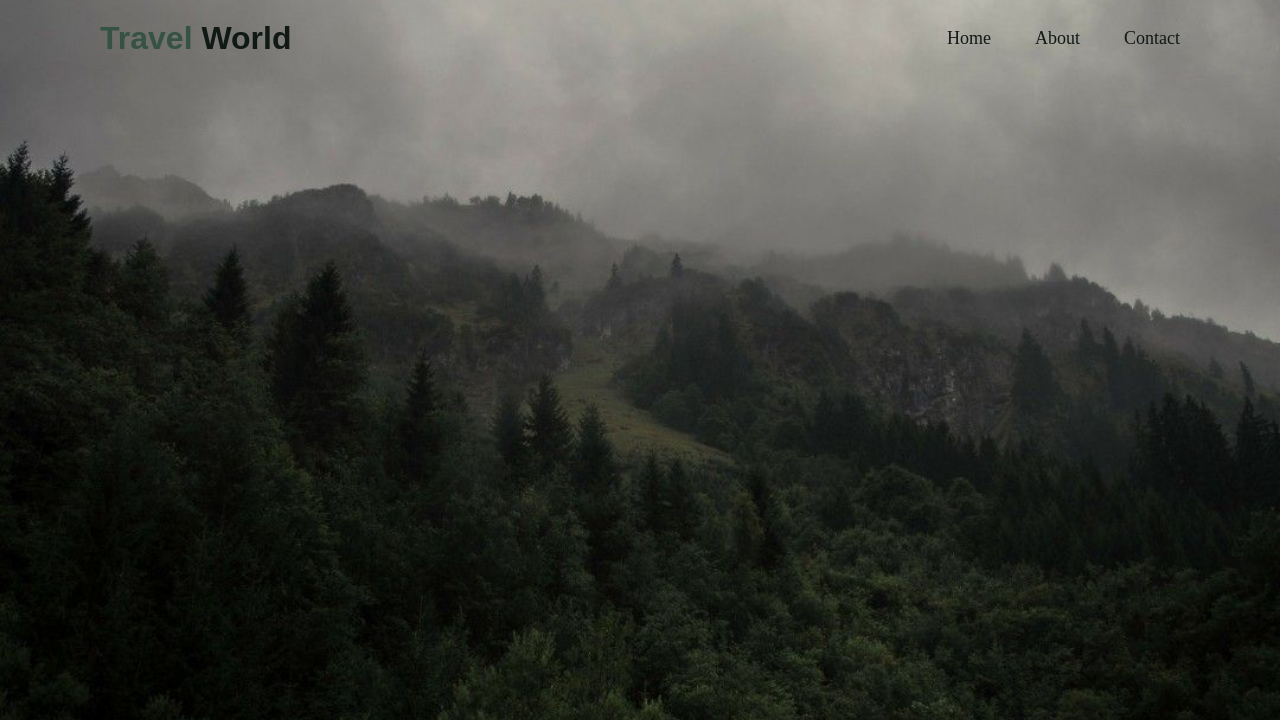
Repository: Haakim19/TravelWorld
Page: html/index.html
The author's editor kept a copy of each file at every save. The page is drawn from the files as they stood at one save, then again after the next save.
The browser window is 1280 px wide. The pictures show the whole page.

Above is the page before, as saved 2024-10-30 23:47:30.

After the next save:
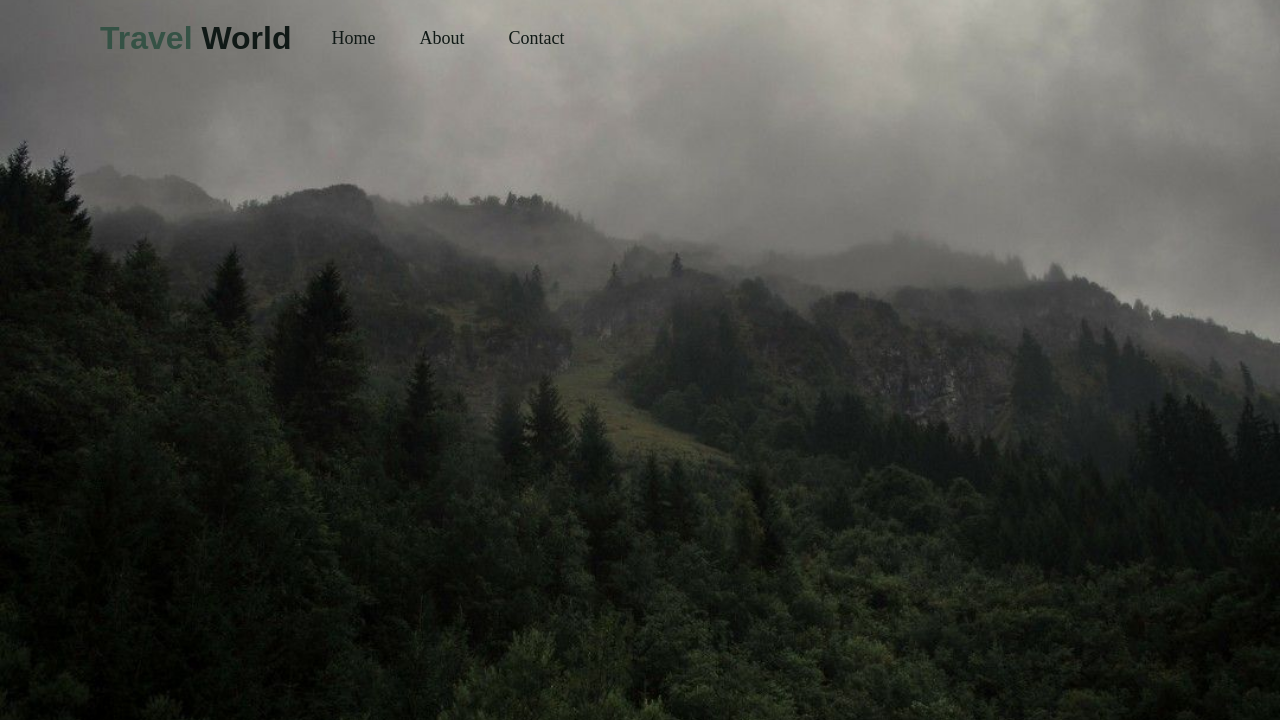
Saved 56 s later.
--- a/css/main.css
+++ b/css/main.css
@@ -26,6 +26,7 @@
     width: 100%;
     padding: 20px 100px;
     display: flex;
+    background:transparent
     justify-content:space-between;
     align-items: center;
     z-index: 100;

After the save that followed:
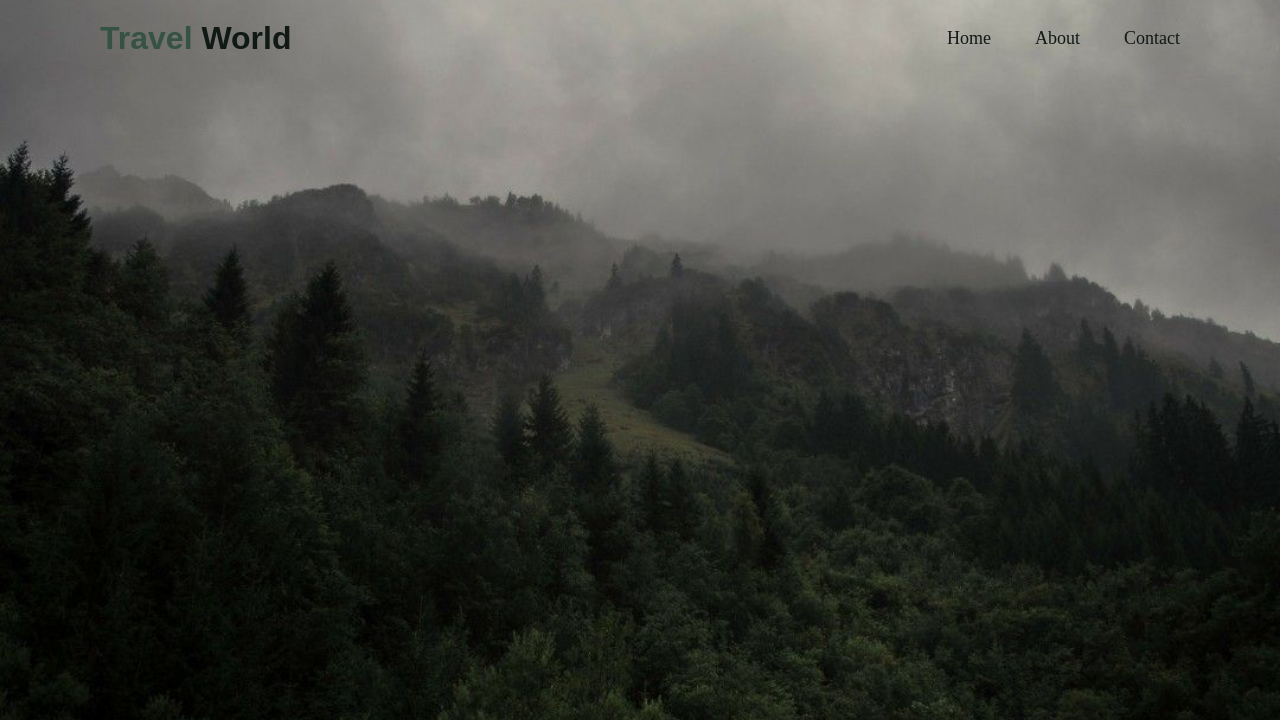
Saved 10 s later.
--- a/css/main.css
+++ b/css/main.css
@@ -26,7 +26,7 @@
     width: 100%;
     padding: 20px 100px;
     display: flex;
-    background:transparent
+    background:transparent;
     justify-content:space-between;
     align-items: center;
     z-index: 100;
